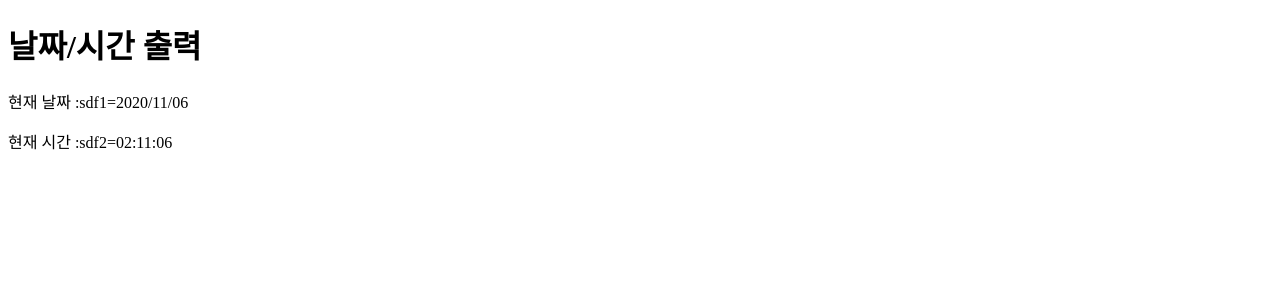
Repository: tngus3580/tngus3580
Page: http://localhost/20201109a/test4.jsp
These files come from the project's save history. The page is drawn as it stood at one moment and after the next save; the edit follows.
The browser window is 1280 px wide. The pictures show the whole page.
The page is served by Tomcat 9.

Above is the page before, as saved 2020-11-09 07:09:38.

### 20201109a/WebContent/test4.jsp
<%@page import="java.text.SimpleDateFormat"%>
<%@page import="java.util.Date" %>

<%@ page language="java" contentType="text/html; charset=UTF-8"
    pageEncoding="UTF-8"%>
<!DOCTYPE html>
<html>
<head>
<meta charset="UTF-8">
<title>Insert title here</title>
</head>
<body>
<%
	Date today = new Date();
		SimpleDateFormat sdf1 = new SimpleDateFormat("yyyy/MM/dd");
		SimpleDateFormat sdf2 = new SimpleDateFormat("hh:mm:ss");
%>

<h1>날짜/시간 출력</h1>
<p>현재 날짜 :<% out.println("sdf1=" + sdf1.format(today)); %></p>
<p>현재 시간 :<% out.println("sdf2=" + sdf2.format(today)); %></p>
</body>
</html>

After the next save:
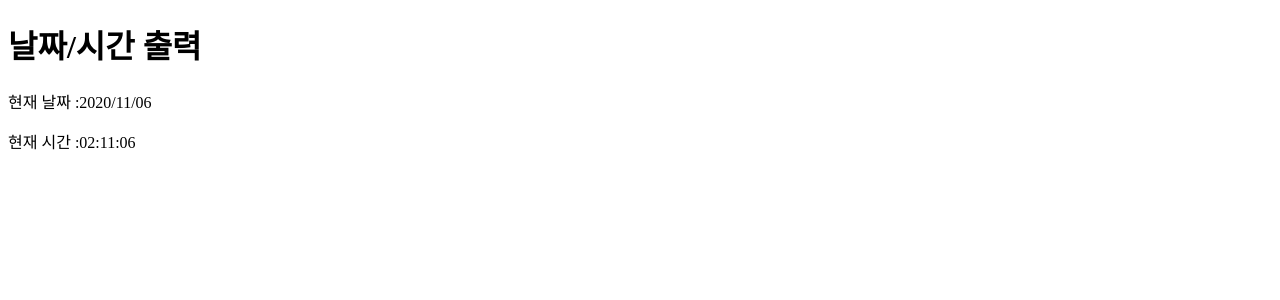
Saved 13 s later.
--- a/20201109a/WebContent/test4.jsp
+++ b/20201109a/WebContent/test4.jsp
@@ -17,7 +17,7 @@
 %>
 
 <h1>날짜/시간 출력</h1>
-<p>현재 날짜 :<% out.println("sdf1=" + sdf1.format(today)); %></p>
-<p>현재 시간 :<% out.println("sdf2=" + sdf2.format(today)); %></p>
+<p>현재 날짜 :<% out.println(sdf1.format(today)); %></p>
+<p>현재 시간 :<% out.println(sdf2.format(today)); %></p>
 </body>
 </html>
